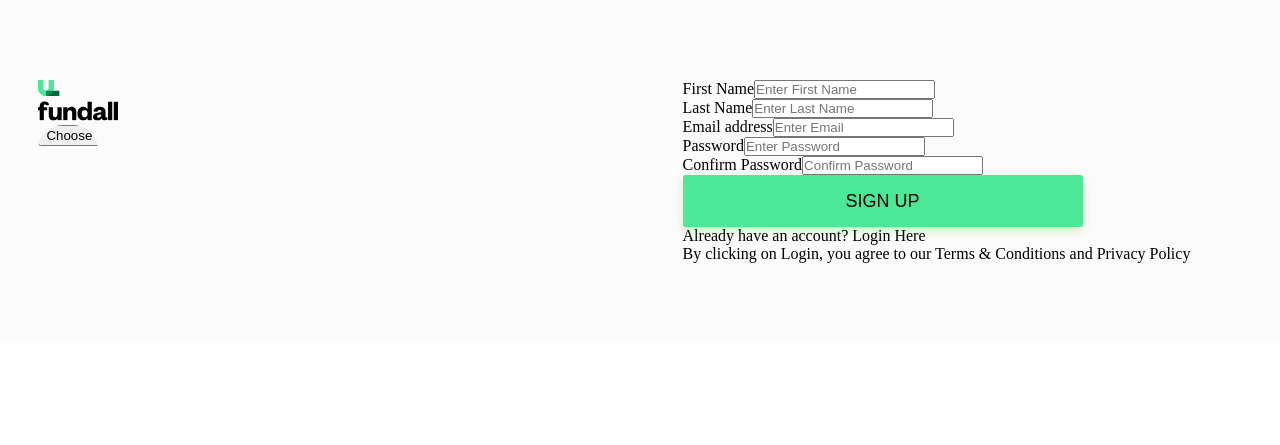
Repository: nilesjamex/niffty
Page: /dashboard
The author's editor kept a copy of each file at every save. The page is drawn from the files as they stood at one save, then again after the next save.
The browser window is 1280 px wide. The pictures show the whole page.
The project was rebuilt for these pictures with package versions that can differ from the ones it lists, and the page was loaded fresh each time. Also part of the build but not shown: src/components/Nav.vue, src/views/Home.vue, src/views/SignUp.vue, src/views/Login.vue.

Above is the page before, as saved 2022-04-17 08:08:27.

### src/main.js
import { createApp } from 'vue'
import App from './App.vue'
import router from './router'
import '@/styles/global.scss'

createApp(App).use(router).mount('#app')

### src/App.vue
<template>

  <router-view/>
</template>
<script>
// @ is an alias to /src

export default {
  components: {
  }
}
</script>
<style lang="scss">


#nav {
  padding: 30px;

  a {
    font-weight: bold;
    color: #2c3e50;

    &.router-link-exact-active {
      color: #42b983;
    }
  }
}
</style>

### src/router/index.js
import { createRouter, createWebHistory } from 'vue-router'
import Home from '../views/Home.vue';
import SignUp from '../views/SignUp.vue';
import Login from '../views/Login.vue';
import Dashboard from '../views/Dashboard.vue';

const routes = [
  {
    path: '/',
    name: 'Home',
    component: Home
  },
  {
    path: '/signup',
    name: 'signup',
    component: SignUp
  },
  {
    path: '/login',
    name: 'login',
    component: Login
  },
  {
    path: '/dashboard',
    name: 'dashboard',
    component: Dashboard
  }
]

const router = createRouter({
  history: createWebHistory(process.env.BASE_URL),
  routes
})

export default router

### src/styles/global.scss
@import './variables';
@import './mixins.scss';
@import './_typography.scss';
* {
    margin: 0;
    padding: 0;
    box-sizing: border-box;
    max-width: 100vw;
}
@font-face {
    font-family: "CircularStd";
    src: local(CircularStd) url(../fonts/circular-std-medium-500.ttf) format(opentype);
}
input {
    outline: none;
}
button {
    border: none;
    outline: none;
}
a {
    color: inherit;
    text-decoration: none;
}
li {
    list-style: none;
}
.button--signup {
    width: 98.01px;
    height: 42px;
    background: $access-bg;
    border-radius: 10px;
    @include flex(center, center);
    @include access {

    }
}
.button--submit {
    width: 400px;
    height: 52px;
    background: #4DE897;
    box-shadow: 0px 4px 10px rgba(118, 212, 45, 0.3);
    border-radius: 3px;
    @include flex(center, center);
    @include access;
}

### src/views/Dashboard.vue
<template>
   <section class="signup">
      <div class="signup--box">
          <div class="signup--intro">
              <div class="signup--intro--logo">
                  <img src="@/assets/logo.svg" alt="">
              </div>
              <div class="signup--intro--content">
                  <div class="signup--intro--content--profile">
                    <div class="signup--intro--content--profile--image">
                      <input type="file" accept="image/png, image/svg" alt="">
                    </div>
                  </div>
              </div>
          </div>
          <!-- form -->
          <div class="signup--form">
              <form action="">
                  <div class="signup--form--container">
                      <div class="signup--form--name--box">
                          <div class="signup--form--name">
                              <label>First Name</label>
                              <input type="text" name="" placeholder="Enter First Name" id="">
                          </div>
                          <div class="signup--form--name">
                              <label>Last Name</label>
                              <input type="text" name="" placeholder="Enter Last Name" id="">
                          </div>
                      </div>
                      <div class="signup--form--input">
                          <label>Email address</label>
                          <input type="email" name="" placeholder="Enter Email" id="">
                      </div>
                      <div class="signup--form--input">
                          <label>Password</label>
                          <input type="password" name="" placeholder="Enter Password" id="">
                      </div>
                      <div class="signup--form--input">
                          <label>Confirm Password</label>
                          <input type="password" name="" placeholder="Confirm Password" id="">
                      </div>
                      <button class="button--submit">
                          SIGN UP
                      </button>
                      <div class="signup--form--login">
                          <p>
                              Already have an account? <span><a href="/login">Login Here</a></span>
                          </p>
                      </div>
                  </div>
              </form>
               <div class="signup--form--terms">
              <p>
                  By clicking on Login, you agree to our <span>Terms & Conditions and Privacy Policy</span>
              </p>
          </div>
          </div>
      </div>
  </section>
</template>

<script>
export default {

}
</script>

<style scoped lang="scss">
@import '@/styles/mixins.scss';
@import '@/styles/_variables.scss';
@import '@/styles/_typography.scss';
.signup {
    padding: 5rem 7% 5rem 3%;
    background: #FCFBFC;
}
.signup--box {
    @include flex(space-between,);
}
input[type = "file"] {
  height: 50px;
  width: 60px;
  border-radius: 70px;
}
</style>

### src/styles/_variables.scss
// colors
$access-bg: #4CE895;

### src/styles/mixins.scss
@mixin flex($justify: flex-start, $align: flex-start) {
    display: flex;
    justify-content: $justify;
    align-items: $align;
}

### src/styles/_typography.scss
@mixin access {
    font-family: 'CircularStd', sans-serif;
    font-size: 1.125rem;
    line-height: 23px;
    color: #000000;
    @content;
}
@mixin heading1 {
    font-family: 'CircularStd', sans-serif;
    font-size: 2.5rem;
    line-height: 51px;
    color: #000000;
    @content;
}
@mixin heading2 {
    font-family: 'CircularStd', sans-serif;
    font-size: 1.5rem;
    line-height: 30px;
    color: #000000;
    @content;
}
@mixin caption {
    font-family: 'CircularStd', sans-serif;
    font-size: 1.3rem;
    line-height: 27px;
    color: #000000;
    @content;
}
@mixin input {
    font-family: 'CircularStd', sans-serif;
    font-style: normal;
    font-size: 18px;
    line-height: 23px;
    color: #30443C;
    @content;
}
@mixin placeholder {
    font-family: 'Nunito Sans';
    font-style: normal;
    font-weight: 400;
    font-size: 18px;
    line-height: 25px;
    color: #30443C;
    mix-blend-mode: normal;
    opacity: 0.5;
    @content;
}
@mixin login {
    font-family: 'Nunito Sans';
    font-style: normal;
    font-weight: 400;
    font-size: 16px;
    line-height: 22px;
    color: #1B2420;
    @content;
}
@mixin holla {
    font-family: 'CircularStd', sans-serif;
    font-style: normal;
    font-size: 34px;
    line-height: 43px;
    color: #1B2420;
    @content;
}
@mixin holla-sign {
    font-family: 'CircularStd', sans-serif;
    font-style: normal;
    font-size: 20px;
    line-height: 25px;
    color: #30443C;
    @content;
}

Loaded but not shown: public/index.html (common file)

After the next save:
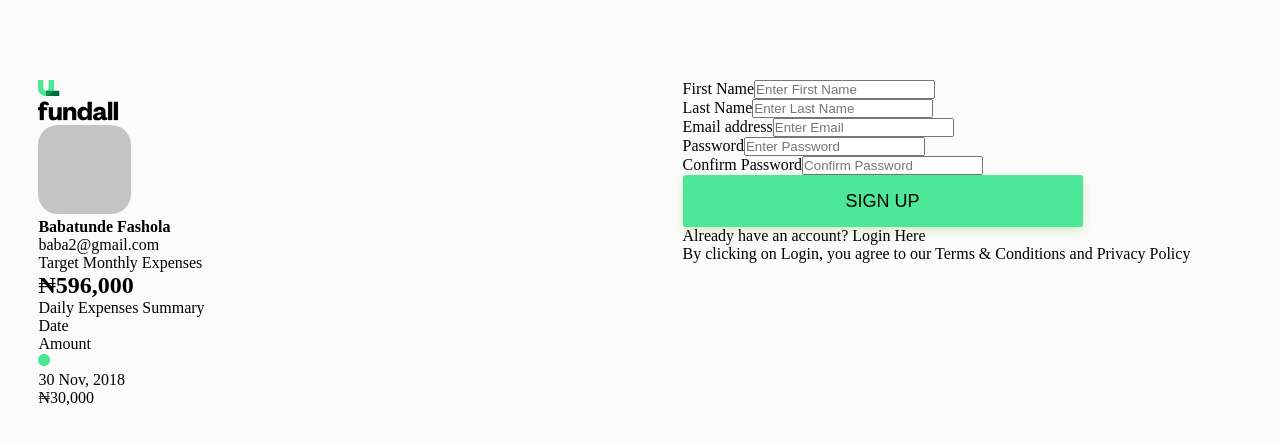
Saved 16 min 32 s later.
--- a/src/views/Dashboard.vue
+++ b/src/views/Dashboard.vue
@@ -8,7 +8,45 @@
               <div class="signup--intro--content">
                   <div class="signup--intro--content--profile">
                     <div class="signup--intro--content--profile--image">
-                      <input type="file" accept="image/png, image/svg" alt="">
+                      <img src="@/assets/pfp.svg" alt="">
+                    </div>
+                    <div class="signup--intro--content--profile--text">
+                      <h4>
+                        Babatunde Fashola
+                      </h4>
+                      <p>
+                        baba2@gmail.com
+                      </p>
+                    </div>
+                  </div>
+                  <div class="signup--intro--content--expense">
+                    <p>
+                      Target Monthly Expenses
+                    </p>
+                    <h2>
+                      ₦596,000
+                    </h2>
+                    <div class="percent">
+                      <div class="line1"></div>
+                      <div class="line2"></div>
+                    </div>
+                  </div>
+                  <div class="signup--intro--content--tab">
+                    <p>
+                      Daily Expenses Summary
+                    </p>
+                    <div class="signup--intro--content--tab--summary">
+                      <div class="signup--intro--content--tab--summary--heading">
+                        <p>Date</p>
+                      <p>Amount</p>
+                      </div>
+                      <div class="signup--intro--content--tab--summary--content">
+                        <svg width="13" height="13" viewBox="0 0 13 13" fill="none" xmlns="http://www.w3.org/2000/svg">
+<path fill-rule="evenodd" clip-rule="evenodd" d="M6.06372 12.1274C9.41262 12.1274 12.1274 9.41262 12.1274 6.06372C12.1274 2.71482 9.41262 0 6.06372 0C2.71482 0 0 2.71482 0 6.06372C0 9.41262 2.71482 12.1274 6.06372 12.1274Z" fill="#4DE897"/>
+</svg>
+                        <p>30 Nov, 2018</p>
+                      <p>₦30,000</p>
+                      </div>
                     </div>
                   </div>
               </div>
